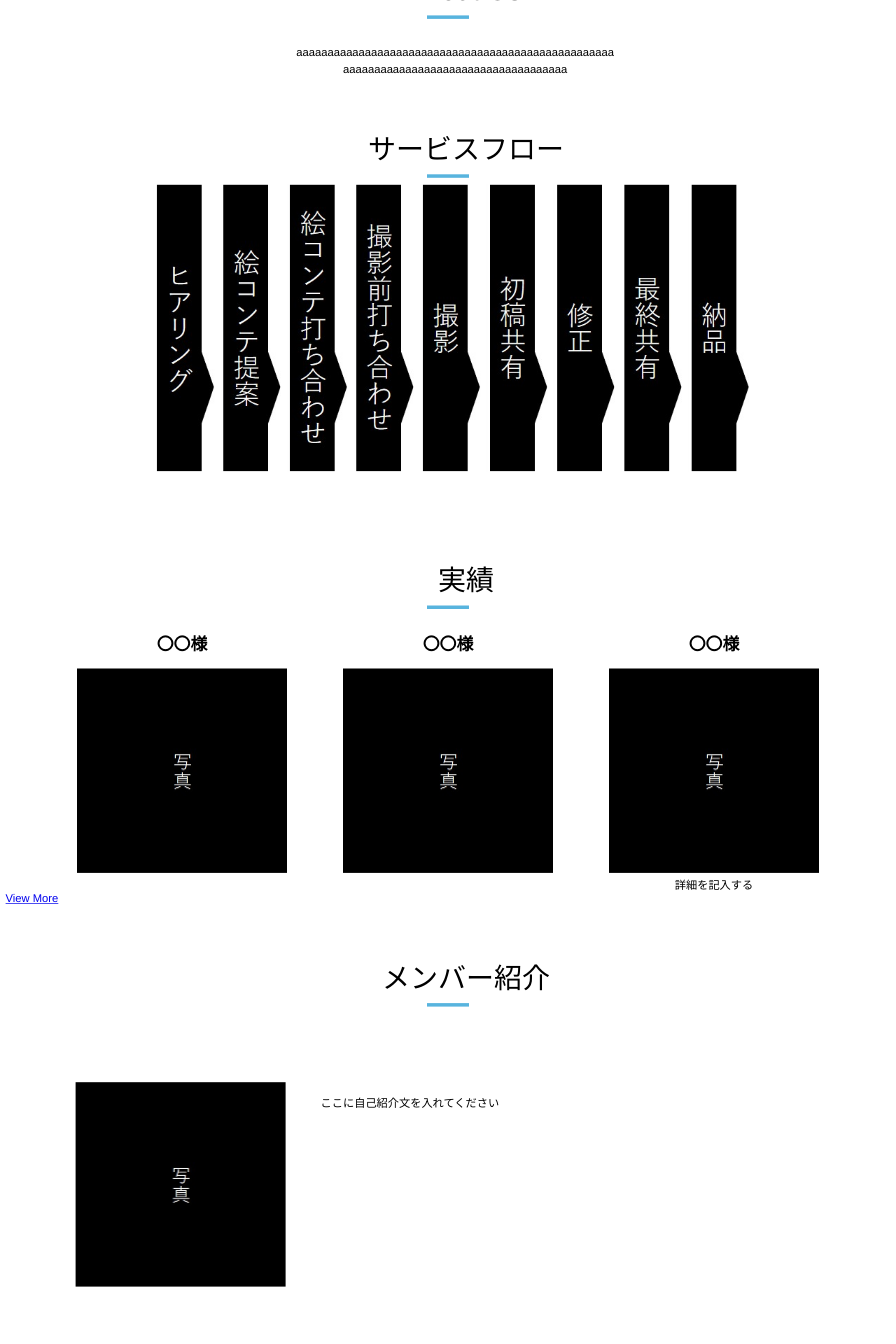
Repository: takumi-kojima0901/js.practice
Page: carkichi/carkichi.html
The author's editor kept a record of every edit. The page is drawn from the files as they stood at one moment, then again after the next edit.
The browser window is 1280 px wide. The pictures show the part of the page from y = 670 to 2590 px (the page is 2590 px tall before and 2490 px after), at 70% of full size.

Above is the page before.

After the next edit:
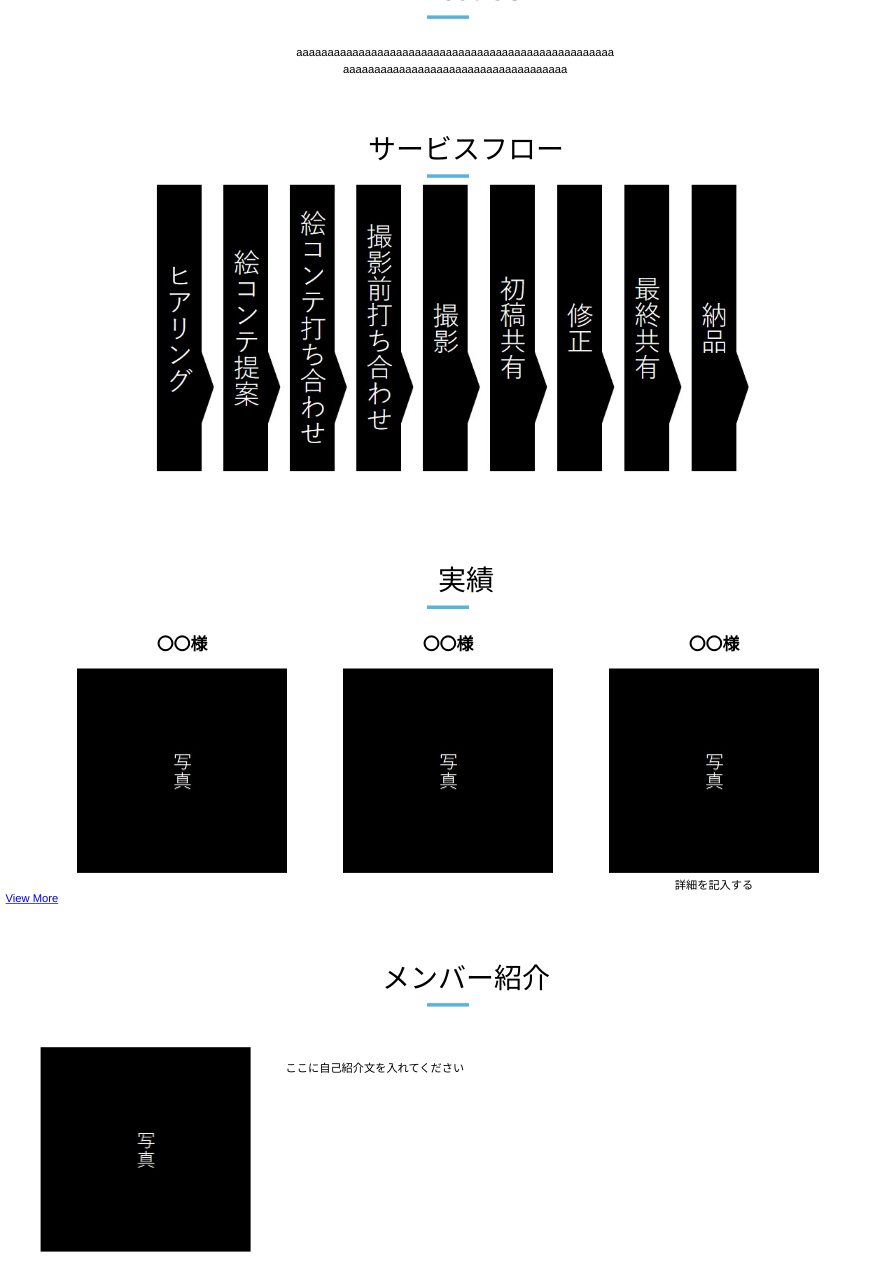
The edit:
--- a/carkichi/carkichi.css
+++ b/carkichi/carkichi.css
@@ -191,7 +191,7 @@
 ------------------------------------------------------------*/
 .nagao{
     display:flex;
-    margin:50px 100px 50px 100px;
+    margin-left:50px;
 }
 
 .sentence{
